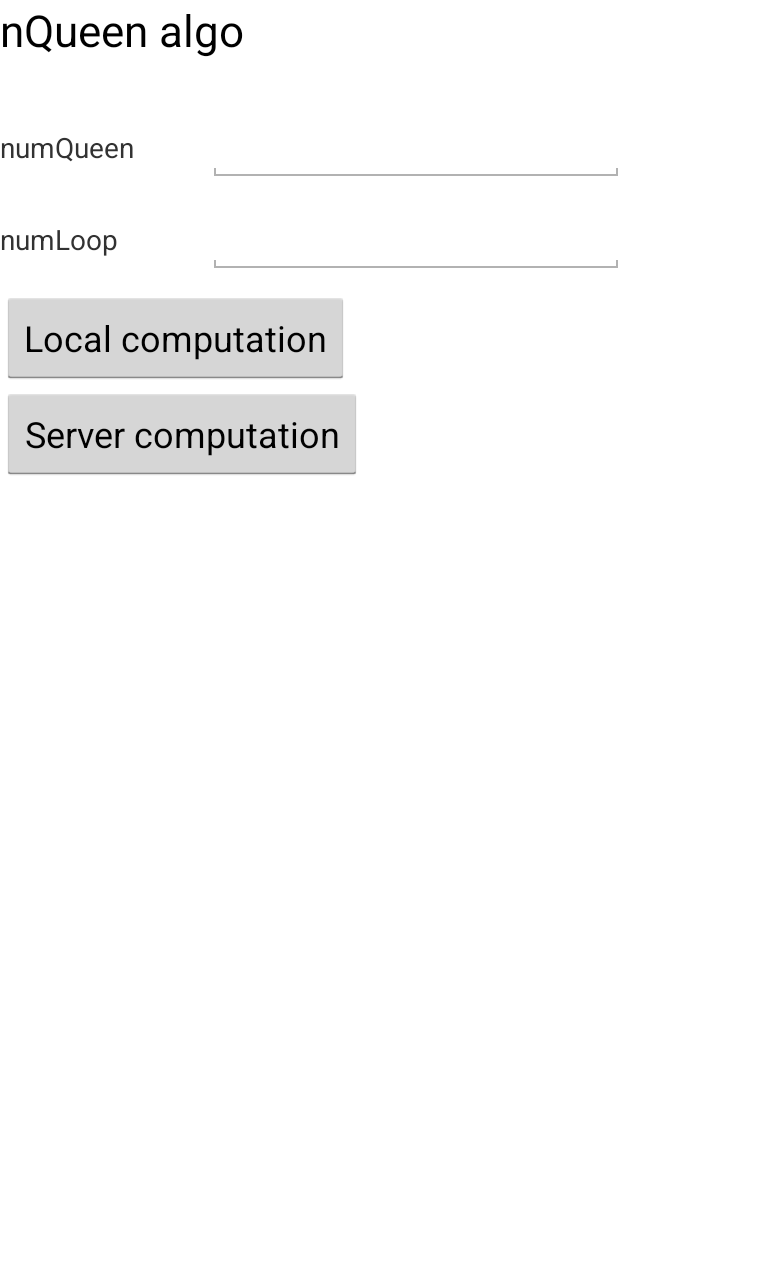
Repository: steve-ng/android-patterns
Layout: Pattern-PartnerCloud/res/layout/activity_main.xml
The author's editor kept a copy of each file at every save. The layout is drawn from the files as they stood at one save, then again after the next save.
It is drawn on a 768 x 1280 px phone screen (xhdpi) without system bars, with theme AppTheme; the app's code is not run.

Above is the layout before, as saved 2013-11-02 10:31:57.

After the next save:
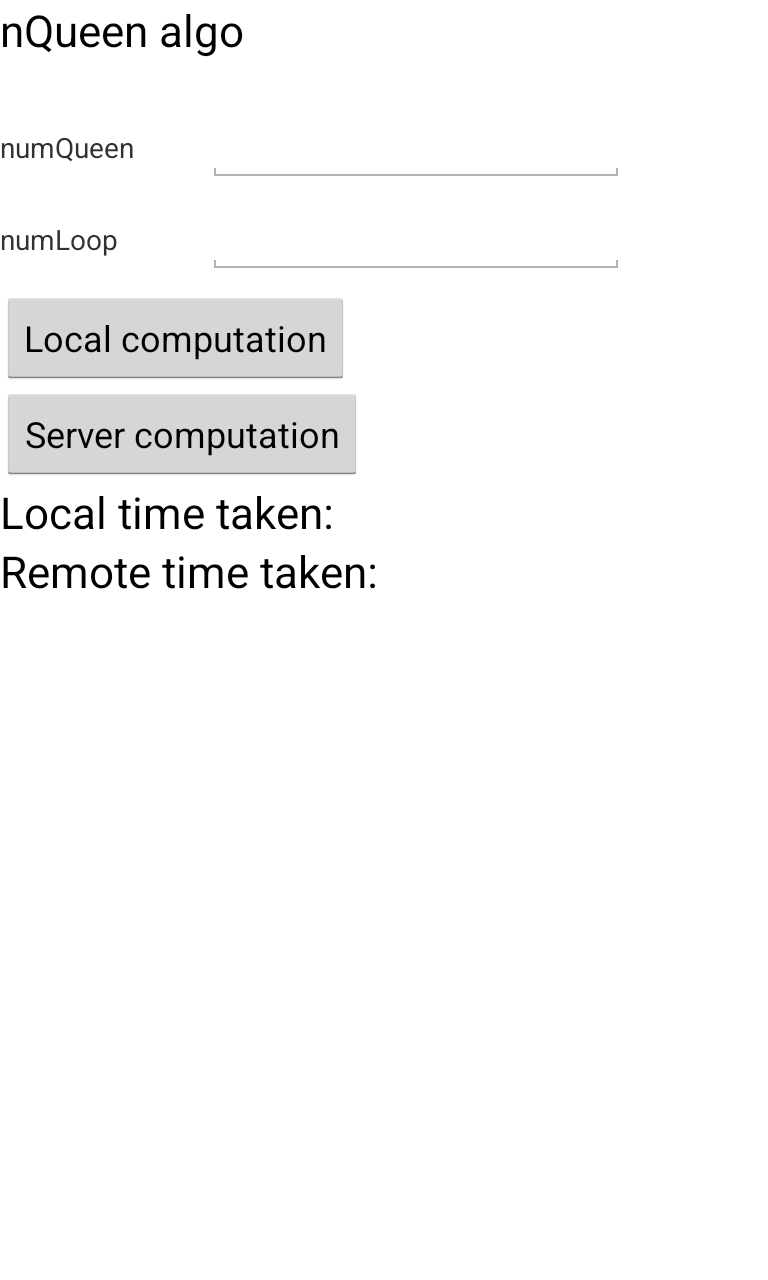
Saved 64 s later.
--- a/Pattern-PartnerCloud/res/layout/activity_main.xml
+++ b/Pattern-PartnerCloud/res/layout/activity_main.xml
@@ -77,4 +77,18 @@
         android:onClick="cloudCompute"
         android:text="Server computation" />
 
+    <TextView
+        android:id="@+id/localTaken"
+        android:layout_width="wrap_content"
+        android:layout_height="wrap_content"
+        android:text="Local time taken:"
+        android:textAppearance="?android:attr/textAppearanceLarge" />
+
+    <TextView
+        android:id="@+id/remoteTaken"
+        android:layout_width="wrap_content"
+        android:layout_height="wrap_content"
+        android:text="Remote time taken:"
+        android:textAppearance="?android:attr/textAppearanceLarge" />
+
 </LinearLayout>
